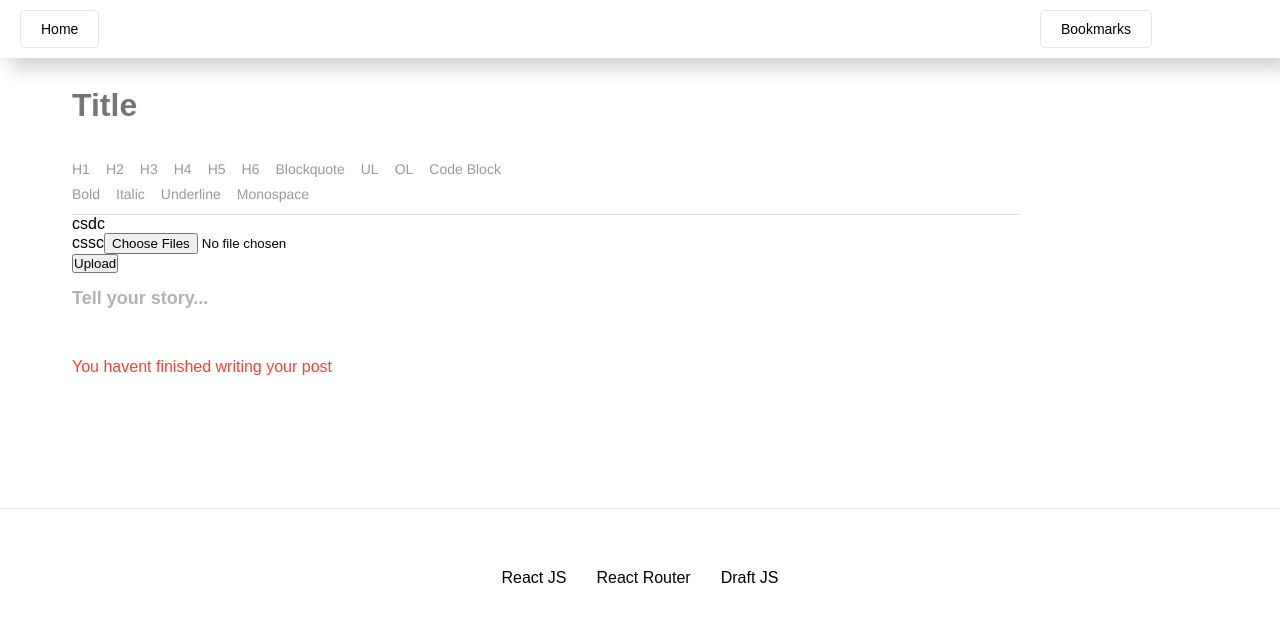
Repository: DevLaukey/task
Page: /react-mini-blog/new
The author's editor kept a copy of each file at every save. The page is drawn from the files as they stood at one save, then again after the next save.
The browser window is 1280 px wide. The pictures show the whole page.
The project was rebuilt for these pictures with package versions that can differ from the ones it lists, and the page was loaded fresh each time. Also part of the build but not shown: src/data.js, src/helper.js, src/Components/content/content.css, src/Components/content/Bookmarks.js, src/Components/content/Post.js, src/Components/content/Posts.js, src/Components/content/Content.js, src/Components/content/Bookmark.js and 1 more.

Above is the page before, as saved 2022-06-13 23:31:46.

After the next save:
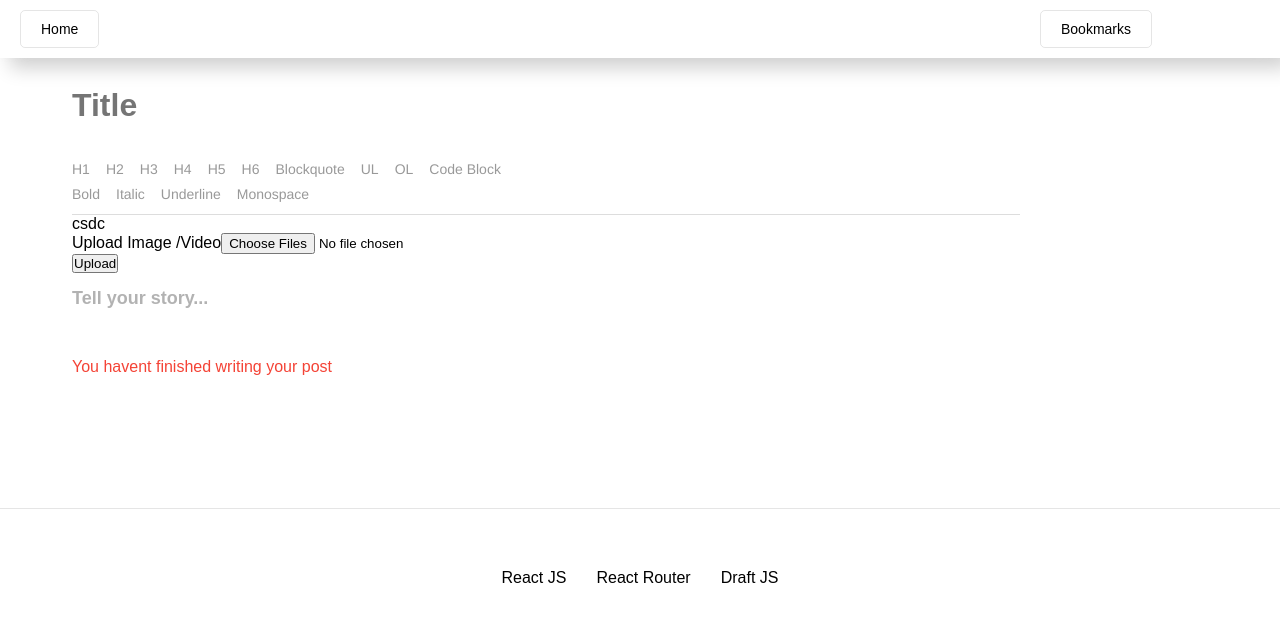
Saved 60 s later.
--- a/src/Components/posts/NewStory.js
+++ b/src/Components/posts/NewStory.js
@@ -179,7 +179,7 @@
             <div className="row">
               <label>csdc</label>
               <div className="row-input">
-                <span>{path ? path : "cssc"}</span>
+                <span>{path ? path : "Upload Image /Video"}</span>
                 <input
                   type="file"
                   accept="image/*, video/*"
